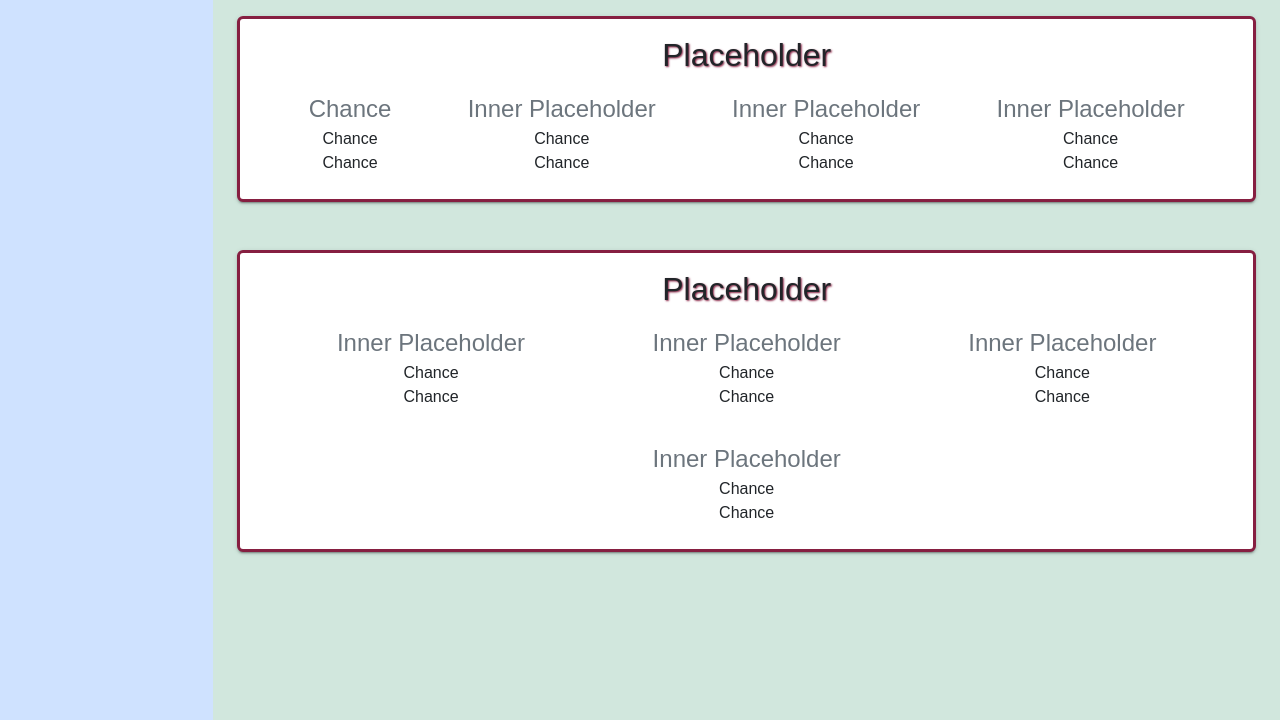
Repository: chancellor-w-whitaker/bec-tab
Page: /
An editor plug-in stored every save of this project. The page is shown before and after the next save, followed by the edit.
The browser window is 1280 px wide. The pictures show the whole page.
Some web fonts or font styles are not loaded; a fallback is used. The project was rebuilt for these pictures with package versions that can differ from the ones it lists, and the page was loaded fresh each time. Also part of the build but not shown: vite.config.js.

Above is the page before, as saved 2024-01-08 22:44:39.

After the next save:
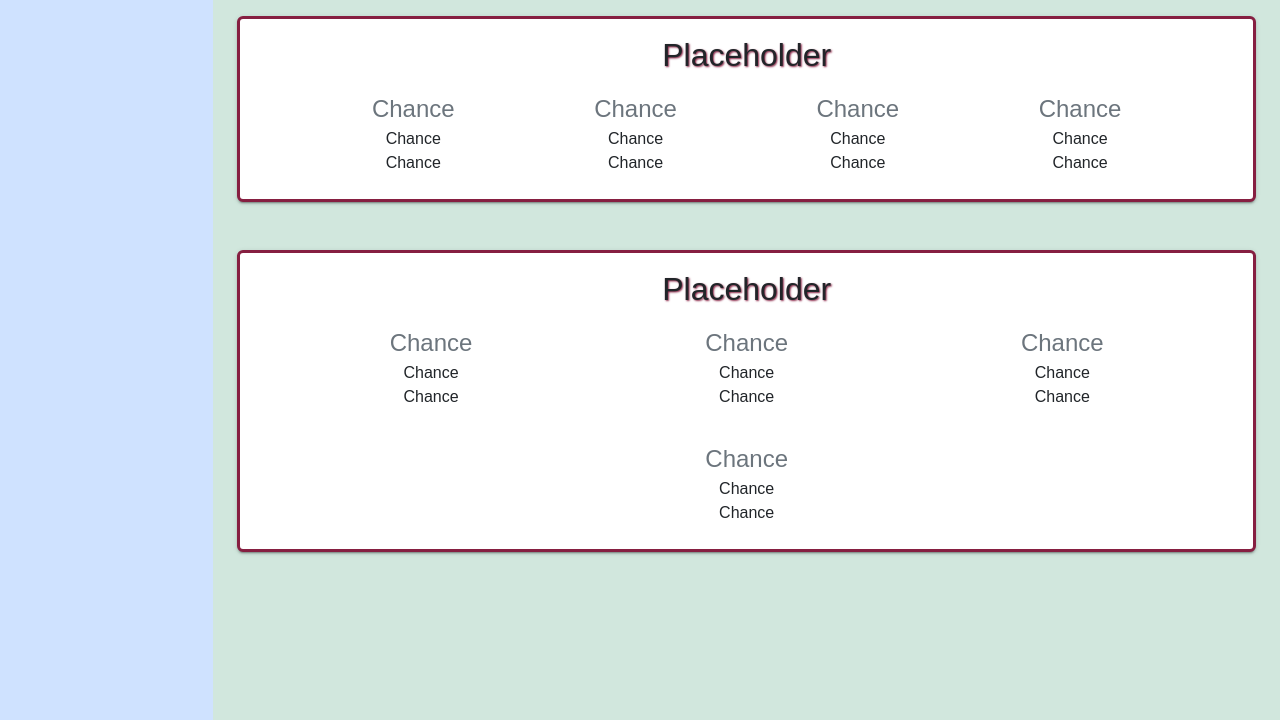
Saved 5 s later.
--- a/src/CleanedApp.jsx
+++ b/src/CleanedApp.jsx
@@ -83,7 +83,7 @@ const SecondaryContent = ({
   );
 };
 
-const TertiaryContent = ({ title = "Inner Placeholder", children }) => {
+const TertiaryContent = ({ title = "Chance", children }) => {
   return (
     <div className="p-2 d-flex flex-column tertiary-content">
       <div className="fs-4 text-secondary fw-medium">{title}</div>
